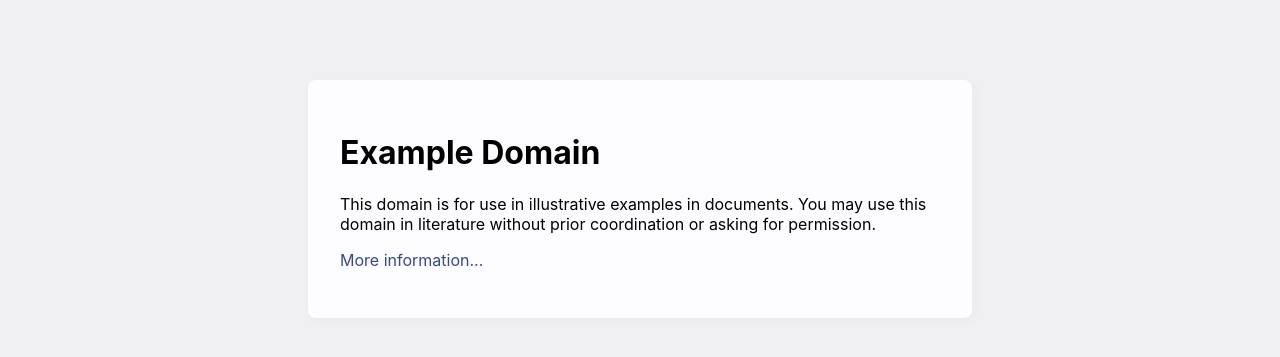
Repository: zRush1202/LoginPage-demo
Page: test.html
An editor plug-in stored every save of this project. The page is shown before and after the next save, followed by the edit.
The browser window is 1280 px wide. The pictures show the whole page.

Above is the page before, as saved 2023-08-11 08:26:56.

### test.html
<!doctype html>
<html>
<head>
    <title>Example Domain</title>

    <meta charset="utf-8" />
    <meta http-equiv="Content-type" content="text/html; charset=utf-8" />
    <meta name="viewport" content="width=device-width, initial-scale=1" />
    <style type="text/css">
    body {
        background-color: #f0f0f2;
        margin: 0;
        padding: 0;
        font-family: -apple-system, system-ui, BlinkMacSystemFont, "Segoe UI", "Open Sans", "Helvetica Neue", Helvetica, Arial, sans-serif;

    }
    div {
        width: 600px;
        margin: 5em auto;
        padding: 2em;
        background-color: #fdfdff;
        border-radius: 0.5em;
        box-shadow: 2px 3px 7px 2px rgba(0,0,0,0.02);
    }
    a:link, a:visited {
        color: #38488f;
        text-decoration: none;
    }
    @media (max-width: 700px) {
        div {
            margin: 0 auto;
            width: auto;
        }
    }
    </style>
</head>

<body>
<div>
    <h1>Example Domain</h1>
    <p>This domain is for use in illustrative examples in documents. You may use this
    domain in literature without prior coordination or asking for permission.</p>
    <p><a href="https://www.iana.org/domains/example">More information...</a></p>
</div>
</body>
</html>

After the next save:
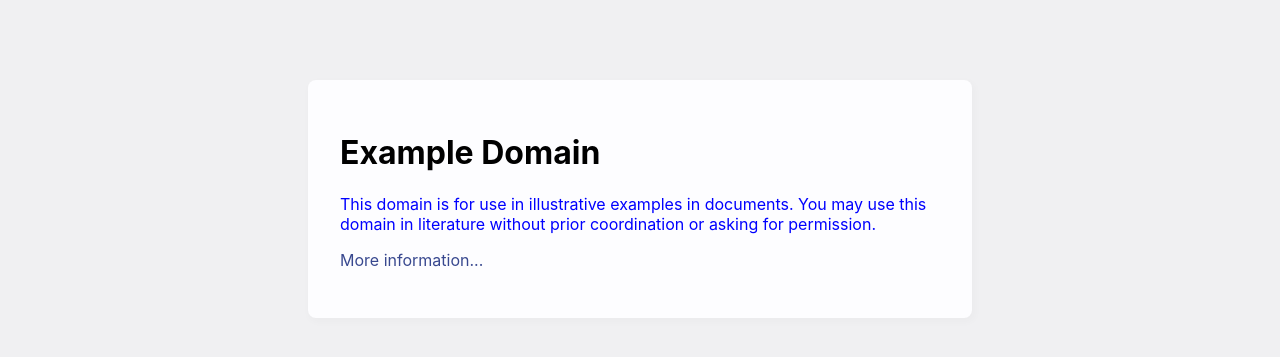
Saved 96 s later.
--- a/test.html
+++ b/test.html
@@ -38,7 +38,7 @@
 <body>
 <div>
     <h1>Example Domain</h1>
-    <p>This domain is for use in illustrative examples in documents. You may use this
+    <p style="color: blue">This domain is for use in illustrative examples in documents. You may use this
     domain in literature without prior coordination or asking for permission.</p>
     <p><a href="https://www.iana.org/domains/example">More information...</a></p>
 </div>
